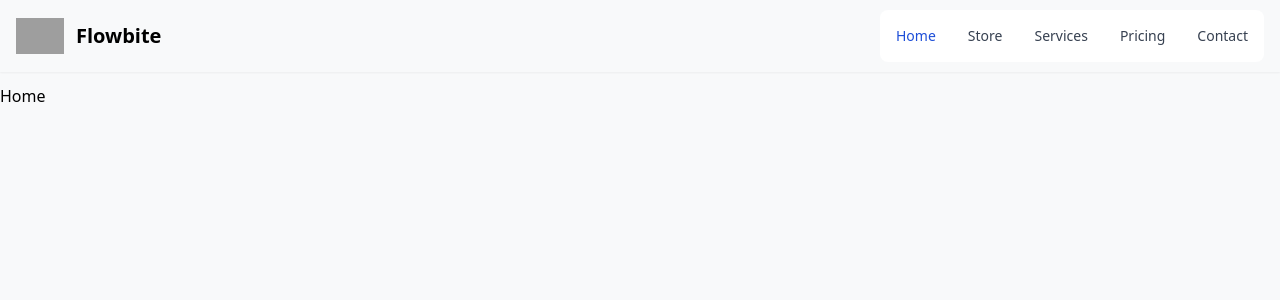
Repository: ducanhaep/react-ts-shopping-cart
Page: /
An editor plug-in stored every save of this project. The page is shown before and after the next save, followed by the edit.
The browser window is 1280 px wide. The pictures show the whole page.
Pictures or frames that could not be fetched are drawn as grey boxes. The project was rebuilt for these pictures with package versions that can differ from the ones it lists, and the page was loaded fresh each time. Also part of the build but not shown: vite.config.ts, src/pages/About.js, src/pages/Store.js.

Above is the page before, as saved 2023-01-11 17:09:43.

### src/App.tsx
import { Routes, Route } from "react-router-dom";
import { About } from "./pages/About";
import { Home } from "./pages/Home";
import { Store } from "./pages/Store";
import { Navbar } from "./components/Navbar";
function App() {
  return (
    <>
      <Navbar />
      <div className="container mb-4">
        <Routes>
          <Route path="/" element={<Home />} />
          <Route path="/store" element={<Store />} />
          <Route path="/about" element={<About />} />
        </Routes>
      </div>
    </>
  );
}

export default App;

### src/index.css
@tailwind base;
@tailwind components;
@tailwind utilities;
:root {
  font-synthesis: none;
  text-rendering: optimizeLegibility;
  -webkit-font-smoothing: antialiased;
  -moz-osx-font-smoothing: grayscale;
  -webkit-text-size-adjust: 100%;
}

/* Box sizing rules */
*,
*::before,
*::after {
  box-sizing: border-box;
}

/* Remove default margin */
body,
h1,
h2,
h3,
h4,
p,
figure,
blockquote,
dl,
dd {
  margin: 0;
}

/* Remove list styles on ul, ol elements with a list role, which suggests default styling will be removed */
ul[role="list"],
ol[role="list"] {
  list-style: none;
}

/* Set core root defaults */
html:focus-within {
  scroll-behavior: smooth;
}

/* Set core body defaults */
body {
  min-height: 100vh;
  text-rendering: optimizeSpeed;
  line-height: 1.5;
  background-color: #f8f9fa;
}

input,
button,
textarea,
select {
  font: inherit;
}

### src/components/Navbar.tsx
import { Link } from "react-router-dom";

export function Navbar() {
  return (
    <div className="shadow-sm mb-3">
      <nav className="containerbg-white border-gray-200 px-2 sm:px-4 py-2.5 rounded dark:bg-gray-900">
        <div className="container flex flex-wrap items-center justify-between mx-auto">
          <a href="#" className="flex items-center">
            <img
              src="https://flowbite.com/docs/images/logo.svg"
              className="h-6 mr-3 sm:h-9"
              alt="Flowbite Logo"
            />
            <span className="self-center text-xl font-semibold whitespace-nowrap dark:text-white">
              Flowbite
            </span>
          </a>
          <button
            data-collapse-toggle="navbar-default"
            type="button"
            className="inline-flex items-center p-2 ml-3 text-sm text-gray-500 rounded-lg md:hidden hover:bg-gray-100 focus:outline-none focus:ring-2 focus:ring-gray-200 dark:text-gray-400 dark:hover:bg-gray-700 dark:focus:ring-gray-600"
            aria-controls="navbar-default"
            aria-expanded="false"
          >
            <span className="sr-only">Open main menu</span>
            <svg
              className="w-6 h-6"
              aria-hidden="true"
              fill="currentColor"
              viewBox="0 0 20 20"
              xmlns="http://www.w3.org/2000/svg"
            >
              <path
                fillRule="evenodd"
                d="M3 5a1 1 0 011-1h12a1 1 0 110 2H4a1 1 0 01-1-1zM3 10a1 1 0 011-1h12a1 1 0 110 2H4a1 1 0 01-1-1zM3 15a1 1 0 011-1h12a1 1 0 110 2H4a1 1 0 01-1-1z"
                clipRule="evenodd"
              />
            </svg>
          </button>
          <div className="hidden w-full md:block md:w-auto" id="navbar-default">
            <ul className="flex flex-col p-4 mt-4 border border-gray-100 rounded-lg bg-gray-50 md:flex-row md:space-x-8 md:mt-0 md:text-sm md:font-medium md:border-0 md:bg-white dark:bg-gray-800 md:dark:bg-gray-900 dark:border-gray-700">
              <li>
                <Link
                  to="/"
                  className="block py-2 pl-3 pr-4 text-white bg-blue-700 rounded md:bg-transparent md:text-blue-700 md:p-0 dark:text-white"
                  aria-current="page"
                >
                  Home
                </Link>
              </li>
              <li>
                <Link
                  to="store"
                  className="block py-2 pl-3 pr-4 text-gray-700 rounded hover:bg-gray-100 md:hover:bg-transparent md:border-0 md:hover:text-blue-700 md:p-0 dark:text-gray-400 md:dark:hover:text-white dark:hover:bg-gray-700 dark:hover:text-white md:dark:hover:bg-transparent"
                >
                  Store
                </Link>
              </li>
              <li>
                <a
                  href="#"
                  className="block py-2 pl-3 pr-4 text-gray-700 rounded hover:bg-gray-100 md:hover:bg-transparent md:border-0 md:hover:text-blue-700 md:p-0 dark:text-gray-400 md:dark:hover:text-white dark:hover:bg-gray-700 dark:hover:text-white md:dark:hover:bg-transparent"
                >
                  Services
                </a>
              </li>
              <li>
                <a
                  href="#"
                  className="block py-2 pl-3 pr-4 text-gray-700 rounded hover:bg-gray-100 md:hover:bg-transparent md:border-0 md:hover:text-blue-700 md:p-0 dark:text-gray-400 md:dark:hover:text-white dark:hover:bg-gray-700 dark:hover:text-white md:dark:hover:bg-transparent"
                >
                  Pricing
                </a>
              </li>
              <li>
                <a
                  href="#"
                  className="block py-2 pl-3 pr-4 text-gray-700 rounded hover:bg-gray-100 md:hover:bg-transparent md:border-0 md:hover:text-blue-700 md:p-0 dark:text-gray-400 md:dark:hover:text-white dark:hover:bg-gray-700 dark:hover:text-white md:dark:hover:bg-transparent"
                >
                  Contact
                </a>
              </li>
            </ul>
          </div>
        </div>
      </nav>
    </div>
  );
}

### tailwind.config.cjs
/** @type {import('tailwindcss').Config} */
module.exports = {
  content: ["./index.html", "./src/**/*.{js,ts,jsx,tsx}"],
  theme: {
    container: {
      center: true,
    },
    extend: {},
  },
  plugins: [],
};

Loaded but not shown: index.html (common file); src/main.tsx (common file); src/pages/Home.js (common file)

After the next save:
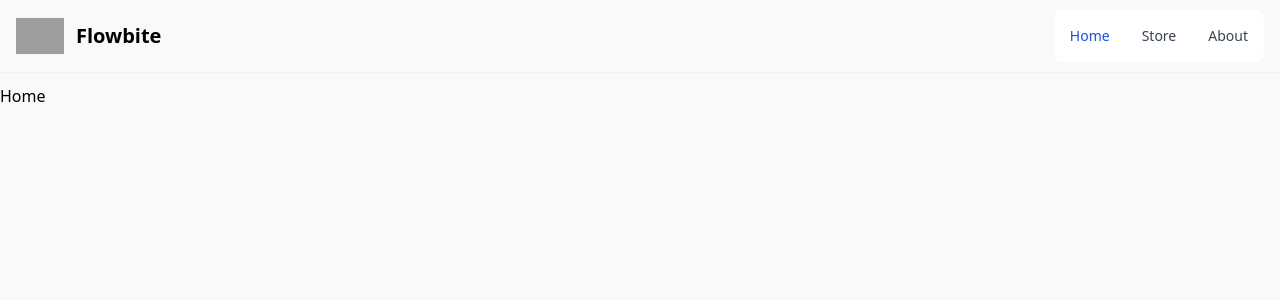
Saved 26 s later.
--- a/src/components/Navbar.tsx
+++ b/src/components/Navbar.tsx
@@ -57,28 +57,12 @@ export function Navbar() {
                 </Link>
               </li>
               <li>
-                <a
-                  href="#"
+                <Link
+                  to="about"
                   className="block py-2 pl-3 pr-4 text-gray-700 rounded hover:bg-gray-100 md:hover:bg-transparent md:border-0 md:hover:text-blue-700 md:p-0 dark:text-gray-400 md:dark:hover:text-white dark:hover:bg-gray-700 dark:hover:text-white md:dark:hover:bg-transparent"
                 >
-                  Services
-                </a>
-              </li>
-              <li>
-                <a
-                  href="#"
-                  className="block py-2 pl-3 pr-4 text-gray-700 rounded hover:bg-gray-100 md:hover:bg-transparent md:border-0 md:hover:text-blue-700 md:p-0 dark:text-gray-400 md:dark:hover:text-white dark:hover:bg-gray-700 dark:hover:text-white md:dark:hover:bg-transparent"
-                >
-                  Pricing
-                </a>
-              </li>
-              <li>
-                <a
-                  href="#"
-                  className="block py-2 pl-3 pr-4 text-gray-700 rounded hover:bg-gray-100 md:hover:bg-transparent md:border-0 md:hover:text-blue-700 md:p-0 dark:text-gray-400 md:dark:hover:text-white dark:hover:bg-gray-700 dark:hover:text-white md:dark:hover:bg-transparent"
-                >
-                  Contact
-                </a>
+                  About
+                </Link>
               </li>
             </ul>
           </div>
